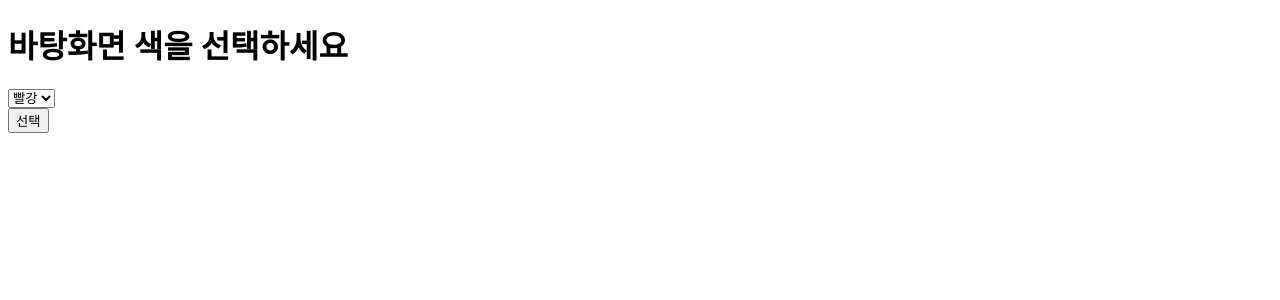
Repository: YooMyeongSeon/JSP_Servlet_Study
Page: http://localhost/web04/Ex_06_SelectColor.jsp
These files come from the project's save history. The page is drawn as it stood at one moment and after the next save; the edit follows.
The browser window is 1280 px wide. The pictures show the whole page.
The page is served by Tomcat 9.

Above is the page before, as saved 2022-06-09 00:54:52.

### web04/WebContent/Ex_06_SelectColor.jsp
<%@ page language="java" contentType="text/html; charset=UTF-8"
    pageEncoding="UTF-8"%>
<!DOCTYPE html>
<html>
<head>
<meta charset="UTF-8">
<title>Insert title here</title>
</head>
<body>
	<h1>바탕화면 색을 선택하세요</h1>
	<form action="" method="get">
		<select name="bgcolor">
			<option value="red">빨강</option>
			<option value="blue">파랑</option>
			<option value="green">초록</option>
		</select><br>
		<input type="submit" value="선택">
	</form>
</body>
</html>

After the next save:
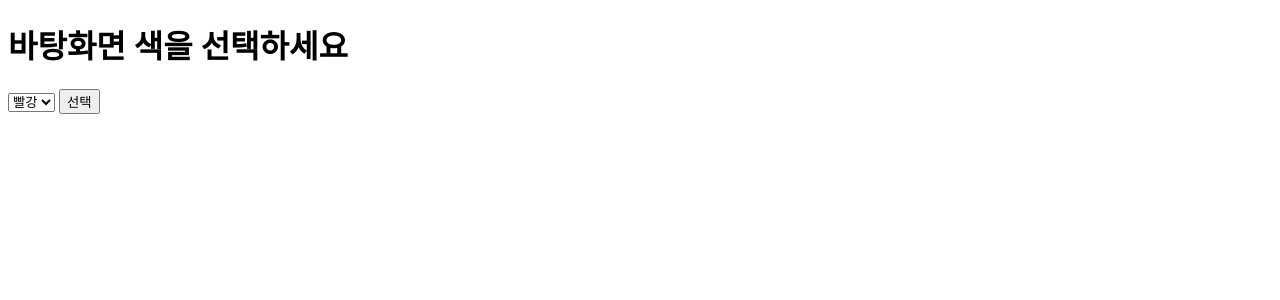
Saved 84 s later.
--- a/web04/WebContent/Ex_06_SelectColor.jsp
+++ b/web04/WebContent/Ex_06_SelectColor.jsp
@@ -13,7 +13,7 @@
 			<option value="red">빨강</option>
 			<option value="blue">파랑</option>
 			<option value="green">초록</option>
-		</select><br>
+		</select>
 		<input type="submit" value="선택">
 	</form>
 </body>
